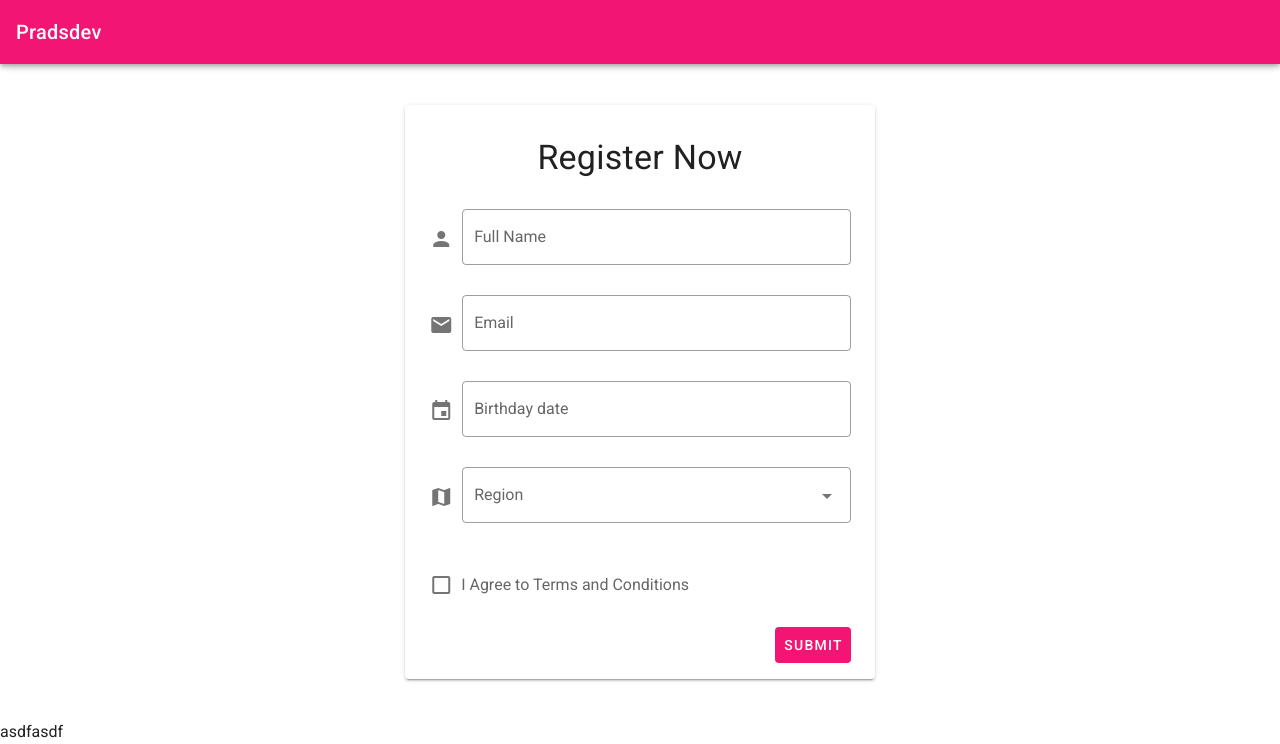
Repository: pradsdev/vue-form-validate
Page: /
An editor plug-in stored every save of this project. The page is shown before and after the next save, followed by the edit.
The browser window is 1280 px wide. The pictures show the whole page.
The project was rebuilt for these pictures with package versions that can differ from the ones it lists, and the page was loaded fresh each time. Also part of the build but not shown: vue.config.js.

Above is the page before, as saved 2020-12-22 16:47:28.

After the next save:
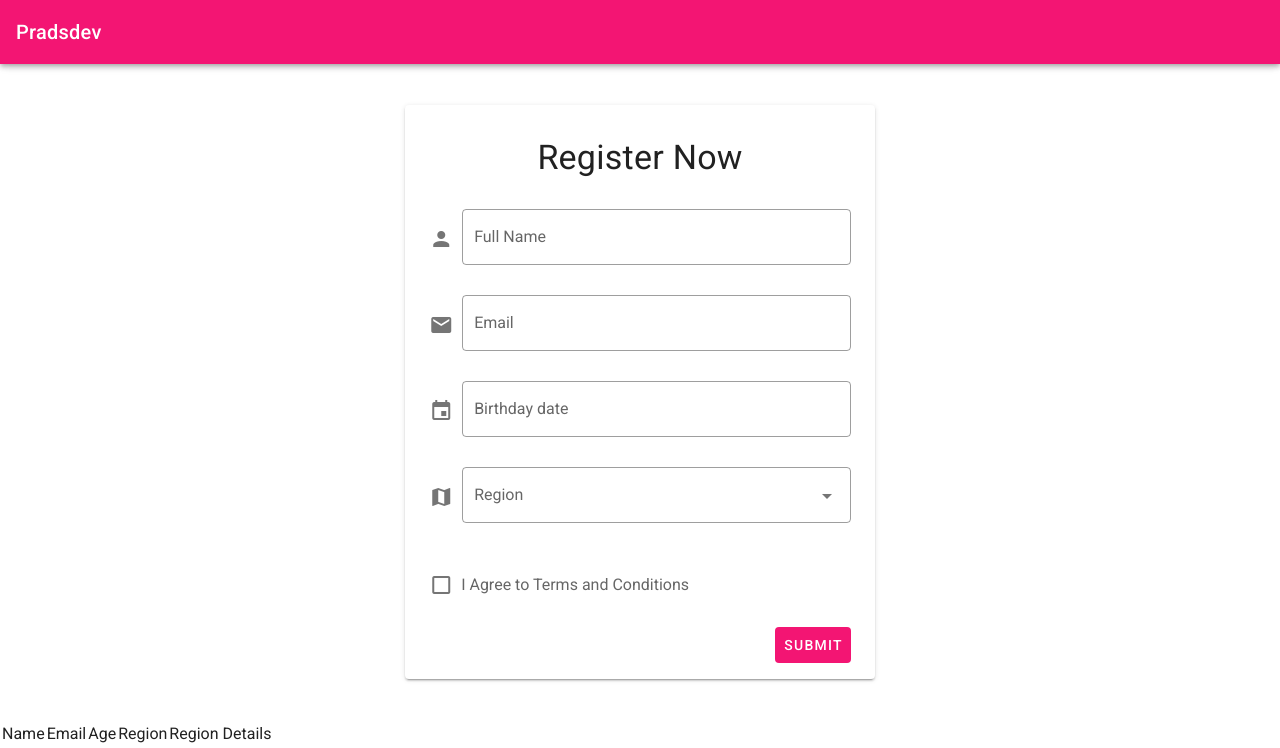
Saved 3 min 8 s later.
--- a/src/components/Table.vue
+++ b/src/components/Table.vue
@@ -1,5 +1,24 @@
 <template>
-  <p>asdfasdf</p>
+<table>
+  <thead>
+    <td>
+      Name
+    </td>
+    <td>
+      Email
+    </td>
+    <td>
+      Age
+    </td>
+    <td>
+      Region
+    </td>
+    <td>
+      Region Details
+    </td>
+  </thead>
+
+</table>
 </template>
 
 <script>
